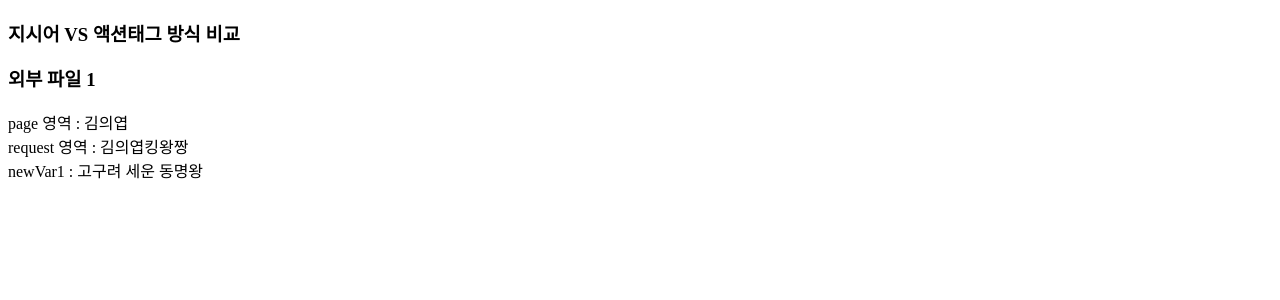
Repository: kimeuiyeob/KOPO_JSP_Study_2
Page: http://localhost/JspStudy/08Action/includeMain.jsp
These files come from the project's save history. The page is drawn as it stood at one moment and after the next save; the edit follows.
The browser window is 1280 px wide. The pictures show the whole page.
The page is served by Tomcat 9. Other server files are loaded and not shown.

Above is the page before, as saved 2023-06-21 05:15:23.

### JspStudy/src/main/webapp/08Action/includeMain.jsp
<%@ page language="java" contentType="text/html; charset=UTF-8" pageEncoding="UTF-8"%>
<!DOCTYPE html>
<%
String outPath1 = "./Include/OuterPage1.jsp";
String outPath2 = "./Include/OuterPage2.jsp";

pageContext.setAttribute("pAttr", "김의엽");
request.setAttribute("rAttr", "김의엽킹왕짱");


%>
<html>
<head>
<meta charset="UTF-8">
<title>Insert title here</title>
</head>
<body>

	<h3>지시어 VS 액션태그 방식 비교</h3>

	<!-- 1. 지시어로 인클루드
		 2. newVar1 출력
		 3. 지시어 include : 표현식으로 경로 지정
		 4. 액션 태그로 include
		 5. 액션 태그로 include 표현식으로 경로 지정
		 6. newVar2 출력-->

	<!-- 1. 지시어로 인클루드 -->
	<%@ include file="./Include/OuterPage1.jsp" %>
	newVar1 : <%=newVar1 %>


</body>
</html>

### JspStudy/src/main/webapp/08Action/Include/OuterPage1.jsp
<%@ page language="java" contentType="text/html; charset=UTF-8" pageEncoding="UTF-8"%>
<!DOCTYPE html>
<html>
<head>
<meta charset="UTF-8">
<title>Insert title here</title>
</head>
<body>

	<h3>외부 파일 1</h3>
	<% String newVar1 = "고구려 세운 동명왕"; %>

	page 영역 : <%= pageContext.getAttribute("pAttr") %><br>
	request 영역 : <%= request.getAttribute("rAttr") %><br>

</body>
</html>

After the next save:
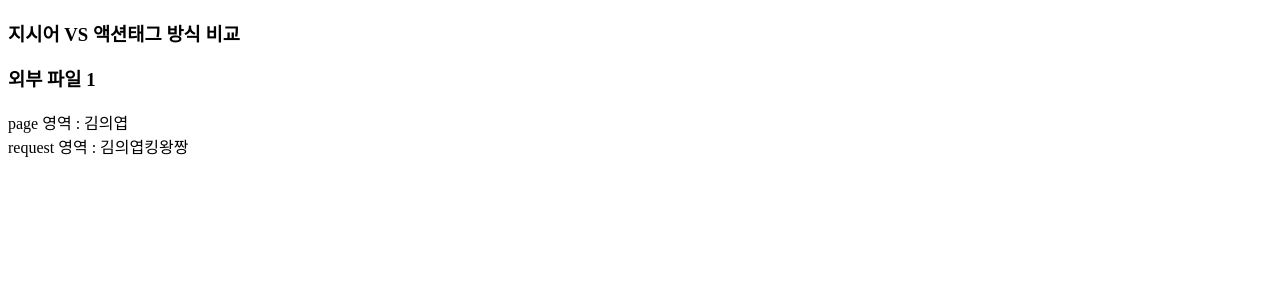
Saved 9 s later.
--- a/JspStudy/src/main/webapp/08Action/includeMain.jsp
+++ b/JspStudy/src/main/webapp/08Action/includeMain.jsp
@@ -27,7 +27,6 @@ request.setAttribute("rAttr", "김의엽킹왕짱");
 
 	<!-- 1. 지시어로 인클루드 -->
 	<%@ include file="./Include/OuterPage1.jsp" %>
-	newVar1 : <%=newVar1 %>
 
 
 </body>
